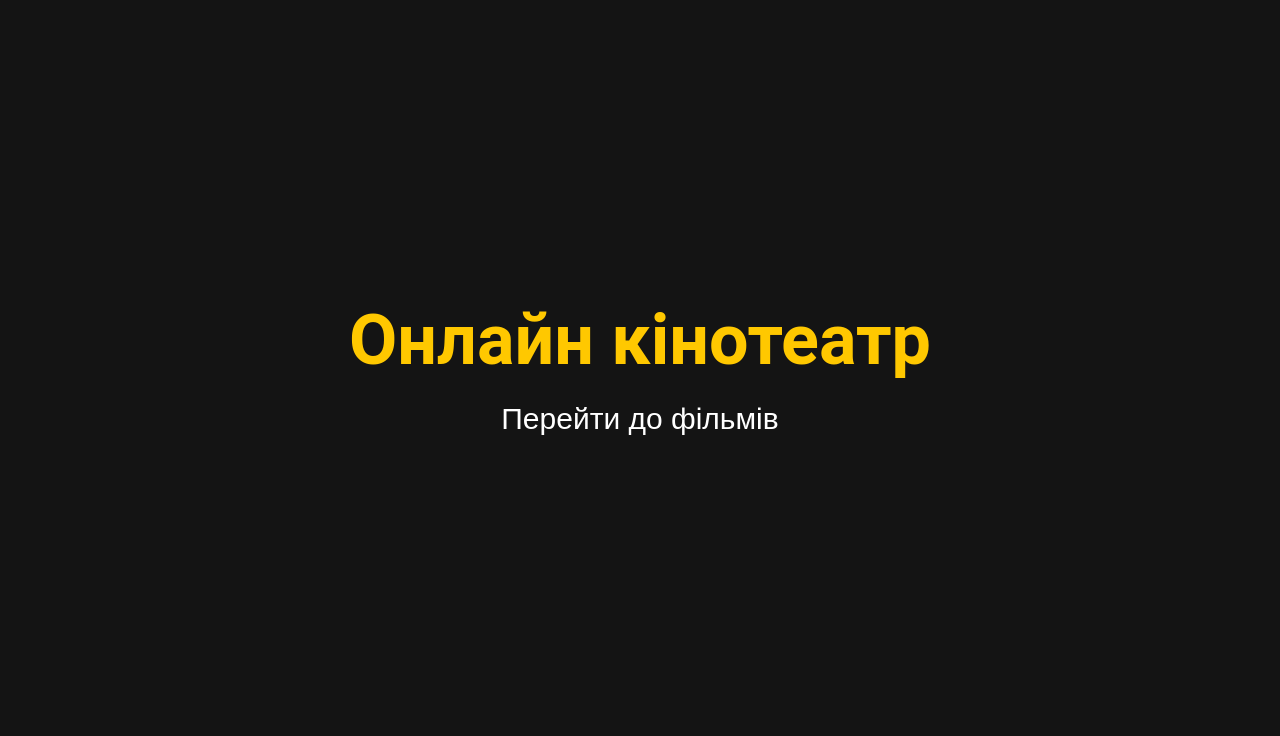
Repository: Heesemachine/VUEProject
Page: / (app in Vue/)
An editor plug-in stored every save of this project. The page is shown before and after the next save, followed by the edit.
The browser window is 1280 px wide. The pictures show the whole page.
The project was rebuilt for these pictures with package versions that can differ from the ones it lists, and the page was loaded fresh each time. Also part of the build but not shown: Vue/vue.config.js, Vue/src/components/FilmCard.vue, Vue/src/components/FilmsList.vue, Vue/src/mocks/films.js, Vue/src/pages/AllFilmsPage.vue, Vue/src/pages/FilmPage.vue, Vue/src/components/MainHeader.vue, Vue/src/pages/FilmsLayout.vue and 1 more.

Above is the page before, as saved 2022-11-07 09:13:21.

### Vue/src/main.js
import { createApp } from 'vue'
import App from './App.vue'
import router from './router/index'
import store from './store/index'




import '@/assets/styles/main.scss';

createApp(App).use(router).use(store).mount('#app')

### Vue/src/App.vue
<template>
  <div id="app">
    <router-view></router-view>
  </div>
</template>

<script>
  export default {
    name: 'App',
  }
</script>

<style lang="scss">

html {
    font-family: 'Roboto', sans-serif;
    color: #474747;
  }

  body {
    background-color: #141414;
  }

  h1, h2, h3, h4 {
    font-weight: 700;
    color: #333333;
    margin-top: 0;
  }

  .flex {
    display: flex;
  }

  .list-default {
    padding-left: 0;
    margin-bottom: 0;
    list-style: none;
    li {
      font-size: 16px;
      margin-bottom: 14px;
    }
  }

  .container {
    max-width: 1200px;
    margin: 0 auto;
    padding: 0 20px;
    margin-top: 40px;
  }

</style>

### Vue/src/router/index.js
import { createRouter, createWebHashHistory } from 'vue-router'

import AllFilmsPage from '../pages/AllFilmsPage'
import FilmPage from '../pages/FilmPage'
import MainPage from '../pages/MainPage'
import FilmsLayout from '../pages/FilmsLayout'
import NotFoundPage from '../pages/NotFoundPage'

const routes = [
  { path: '/',
    name: 'main',
    component: MainPage
  },


  { path: '/films',
    name: 'filmsLayout',
    component: FilmsLayout,
    children: [
      {
        path: '',
        name: 'films',
        component: AllFilmsPage
      },

      {
        path: ':id',
        name: 'filmPage',
        component: FilmPage,
        beforeEnter: (to, from, next) => {
          if(localStorage.getItem('auth')) {
            next()
          } else {
            next({ name: 'films' })
          }
        }
      },
      {
        path: '*/*',
        redirect: { name: 'films' }
      },
      {
        path: '*',
        name: 'notFound',
        component: NotFoundPage
      },
    ]
  },

]


const router = createRouter({
  // 4. Provide the history implementation to use. We are using the hash history for simplicity here.
  history: createWebHashHistory(),
  routes, // short for `routes: routes`
})
export default router

### Vue/src/store/index.js
import { createStore } from 'vuex'
import reactions from './reactions'

const store = createStore ({
  modules: { reactions }

}

)

export default store

### Vue/src/assets/styles/main.scss
html {
    font-family: 'Roboto', sans-serif;
    color: #474747;
  }

  body {
    background-color: #141414;
  }

  h1, h2, h3, h4 {
    font-weight: 700;
    color: #333333;
    margin-top: 0;
  }

  .flex {
    display: flex;
  }

  .list-default {
    padding-left: 0;
    margin-bottom: 0;
    list-style: none;
    li {
      font-size: 16px;
      margin-bottom: 14px;
    }
  }

  .container {
    max-width: 1200px;
    margin: 0 auto;
    padding: 0 20px;
    margin-top: 40px;
  }

### Vue/src/pages/MainPage.vue
<template>
    <div class="main-page">
      <h1>
        Онлайн кінотеатр
      </h1>
      <button type="button" class="btn-outline-light" @click="$router.push({ name: 'films' })">Перейти до фільмів</button>
    </div>
  </template>

  <style lang="scss" >
  @import '@/assets/styles/MainPage.scss'
</style>

### Vue/src/store/reactions.js
import reactions from '../mocks/reactions'

const loadReactions = (time) => {
  return new Promise((resolve) => {
    setTimeout(() => {
      resolve(reactions)
    }, time)
  })
}

export default {
  namespaced: true,
  state: {
    reactions: []
  },
  getters: {
    getReactions(state) {
      return state.reactions
    }
  },
  mutations: {
    SET_REACTIONS(state, payload) {
      state.reactions = payload
    }
  },
  actions: {
    async loadReactions({ commit }, payload) {
      try {
        const reactions = await loadReactions(payload)
        commit('SET_REACTIONS', reactions)
      } catch (error) {
        console.error(error)
      }
    }
  }
}

### Vue/src/assets/styles/MainPage.scss
.main-page {
    display: flex;
    flex-direction: column;
    justify-content: center;
    align-items: center;
    min-height: 100vh;
    h1 {
      color: #ffc800;
      font-size: 70px;
      margin-bottom: 20px;
    }
    button {
      background: transparent;
      color: white;
      outline: none;
      font-size: 30px;
      border: 0;
      -webkit-transition-duration: 0,4s;
      transition-duration: 0.4s;
    }

    button:hover {
        background-color: #ff8000;
        border-radius: 30px;
    }
  }

### Vue/src/mocks/reactions.js
export default [
    {
      id: 1,
      title: 'Дуже погано'
    },
    {
      id: 2,
      title: 'Погано'
    },
    {
      id: 3,
      title: 'Нормально'
    },
    {
      id: 4,
      title: 'Добре'
    },
    {
      id: 5,
      title: 'Богоподібно'
    }
  ]

Loaded but not shown: Vue/public/index.html (common file)

After the next save:
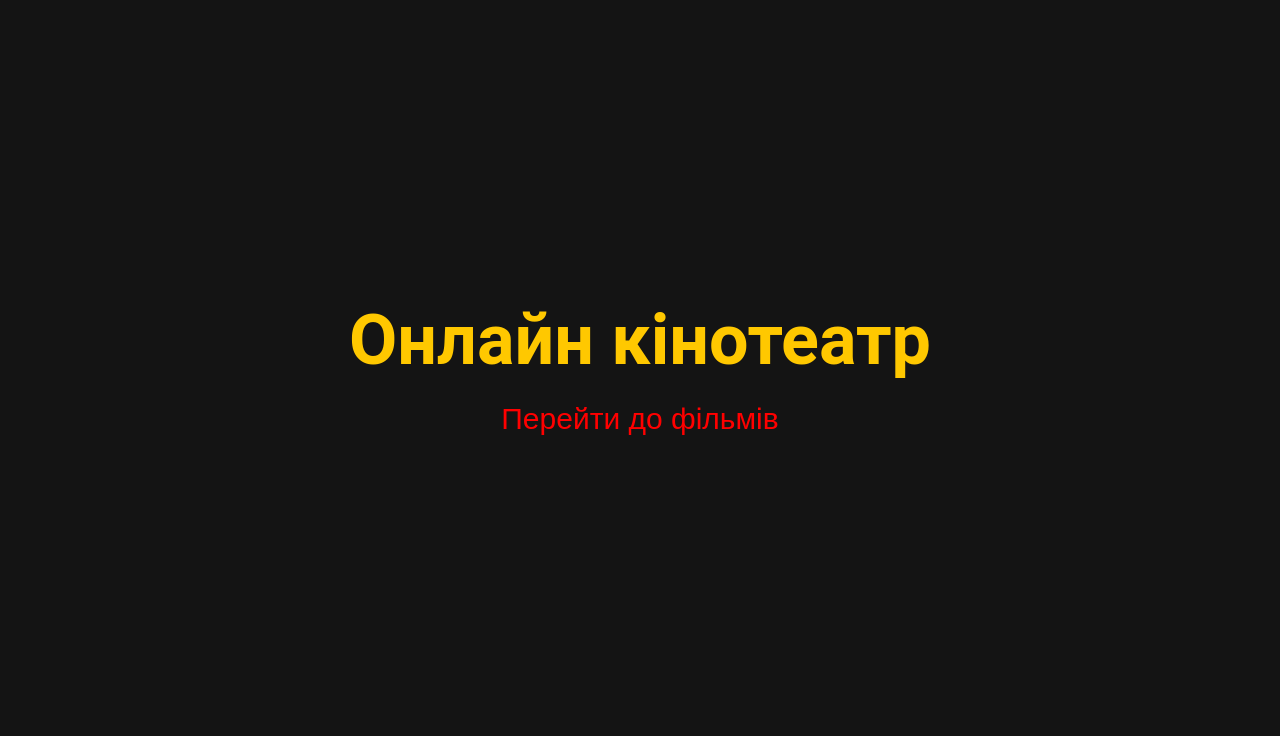
Saved 2 min 58 s later.
--- a/Vue/src/assets/styles/MainPage.scss
+++ b/Vue/src/assets/styles/MainPage.scss
@@ -11,7 +11,7 @@
     }
     button {
       background: transparent;
-      color: white;
+      color: rgb(255, 0, 0);
       outline: none;
       font-size: 30px;
       border: 0;

After the save that followed:
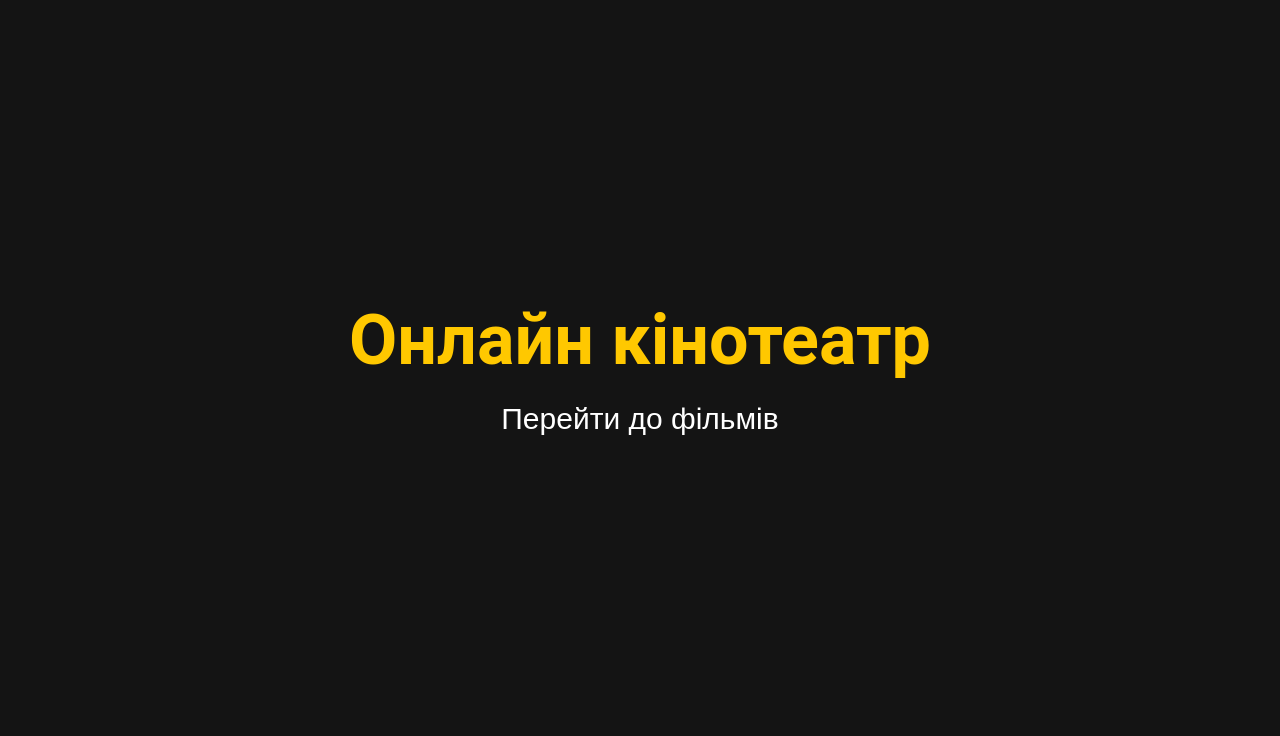
Saved 17 s later.
--- a/Vue/src/assets/styles/MainPage.scss
+++ b/Vue/src/assets/styles/MainPage.scss
@@ -11,7 +11,7 @@
     }
     button {
       background: transparent;
-      color: rgb(255, 0, 0);
+      color: rgb(255, 255, 255);
       outline: none;
       font-size: 30px;
       border: 0;
